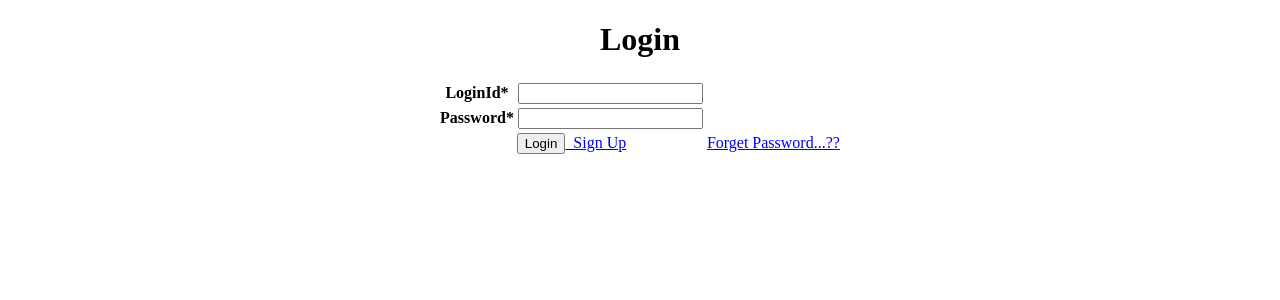
Repository: Shubh2580/Advance-java
Page: http://localhost/Maven_Project/Loginview.jsp
The author's editor kept a copy of each file at every save. The page is drawn from the files as they stood at one save, then again after the next save.
The browser window is 1280 px wide. The pictures show the whole page.
The page is served by Tomcat 9.

Above is the page before, as saved 2022-05-20 12:57:12.

After the next save:
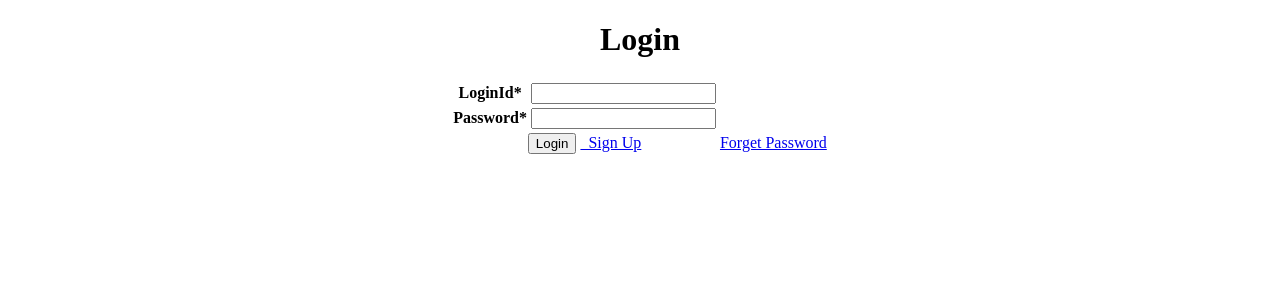
Saved 2 min 13 s later.
--- a/advance java/Maven_Project/src/main/webapp/Loginview.jsp
+++ b/advance java/Maven_Project/src/main/webapp/Loginview.jsp
@@ -45,10 +45,9 @@
 			</tr>
            <tr>
 				<td align="center" colspan="2" style="margin-left: 100px">
-				<input type="submit"  value="Login"><a href="UserRegistrationView.jsp">&nbsp;   Sign Up</a>
-				<td><a href="ForgetPasswordView.jsp">Forget Password...??</a> </td>
-
-				</td>
+				<input type="submit"  value="Login"> <a href="UserRegistrationView.jsp">&nbsp;   Sign Up</a>
+				<td> <a href="ForgetPasswordView.jsp">Forget Password</a> </td>
+			</td>
 			</tr>
 
 		</table>
